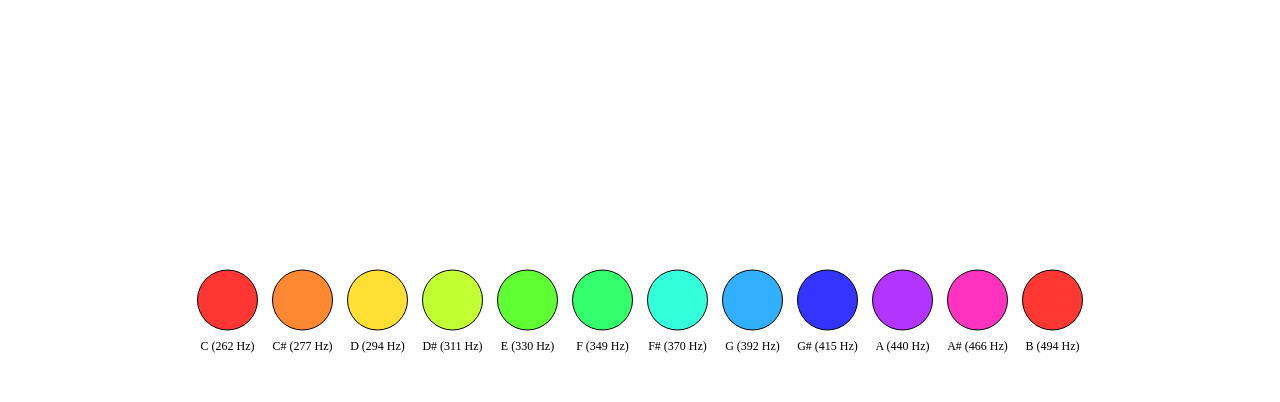
Repository: studiorichie/richielau.com
Page: assets/sound-to-color.html
These files come from the project's save history. The page is drawn as it stood at one moment and after the next save; the edit follows.
The browser window is 1280 px wide. The pictures show the whole page.

Above is the page before, as saved 2024-11-06 19:39:08.

After the next save:
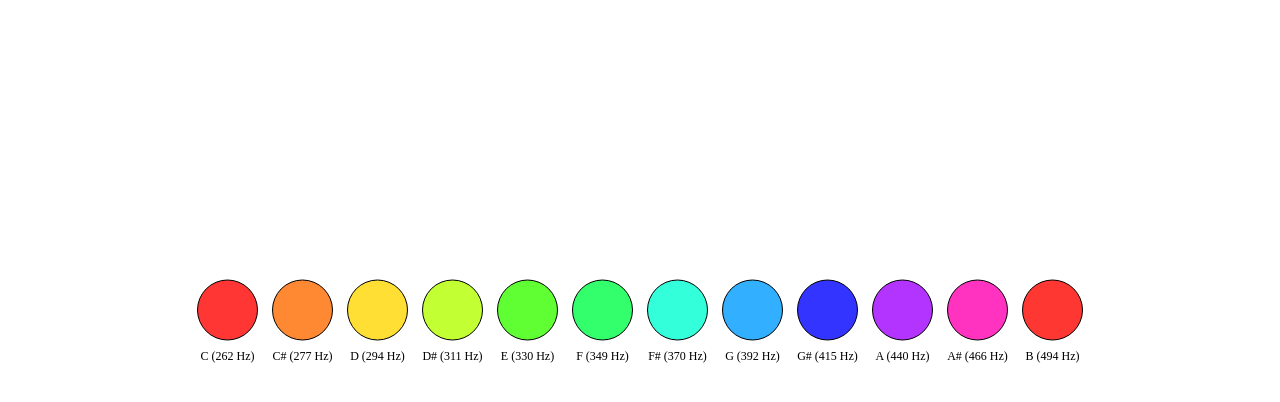
Saved 3 min 17 s later.
--- a/assets/sound-to-color.html
+++ b/assets/sound-to-color.html
@@ -30,13 +30,27 @@
             overflow: hidden;
         }
 
+        .svg-wrapper {
+            display: flex;
+            flex-wrap: wrap;
+            justify-content: center;
+            align-items: center;
+            overflow: hidden;
+            padding: 10px;
+            /* Optional padding for spacing */
+        }
+
         .key-circle {
             fill-opacity: 0.8;
             stroke: black;
             stroke-width: 1px;
             cursor: pointer;
-            outline: none; /* Remove any default focus outline */
-    -webkit-tap-highlight-color: transparent; /* Remove flash effect on tap for mobile */
+            outline: none;
+            /* Remove any default focus outline */
+            -webkit-tap-highlight-color: transparent;
+            /* Remove flash effect on tap for mobile */
+            flex: 1 0 50px; /* Minimum width for each circle before wrapping */
+            margin: 5px; /* Space between circles */
 
         }
 
@@ -60,7 +74,9 @@
 
 <body>
     <div class="svg-container">
-        <svg width="950" height="600" id="chart"></svg>
+        <div class="svg-wrapper">
+            <svg width="950" height="600" id="chart"></svg>
+        </div>
     </div>
 
     <script>
